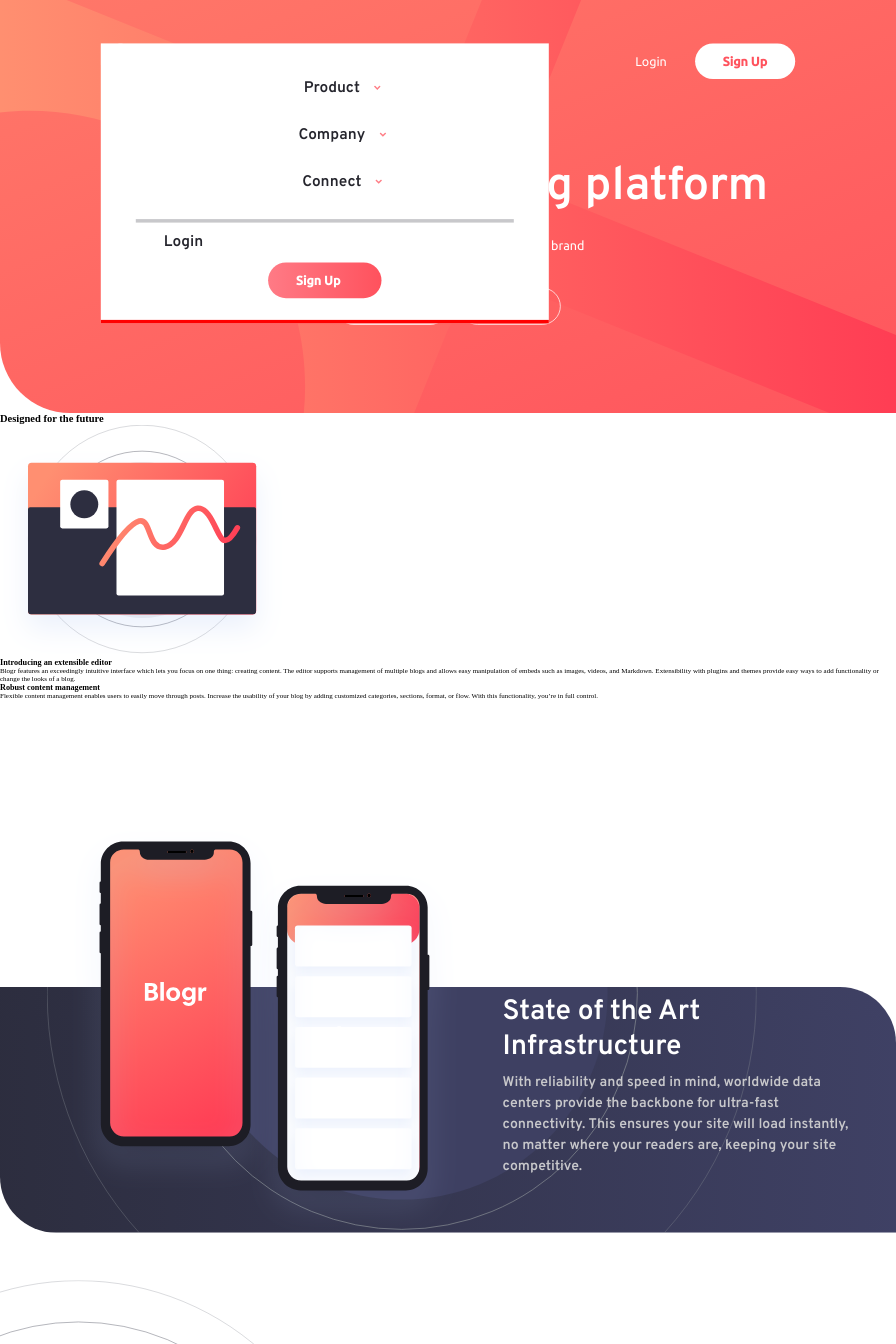
Repository: tomas938/tomaspage3
Page: index.html
The author's editor kept a copy of each file at every save. The page is drawn from the files as they stood at one save, then again after the next save.
The browser window is 1280 px wide. The pictures show the part of the page from y = 0 to 1920 px (the page is 3157 px tall), at 70% of full size.
The style sheet was rebuilt from its Sass, Less or Tailwind sources for each picture, by a compiler version that may differ from the author's.

Above is the page before, as saved 2021-07-30 17:23:56.

After the next save:
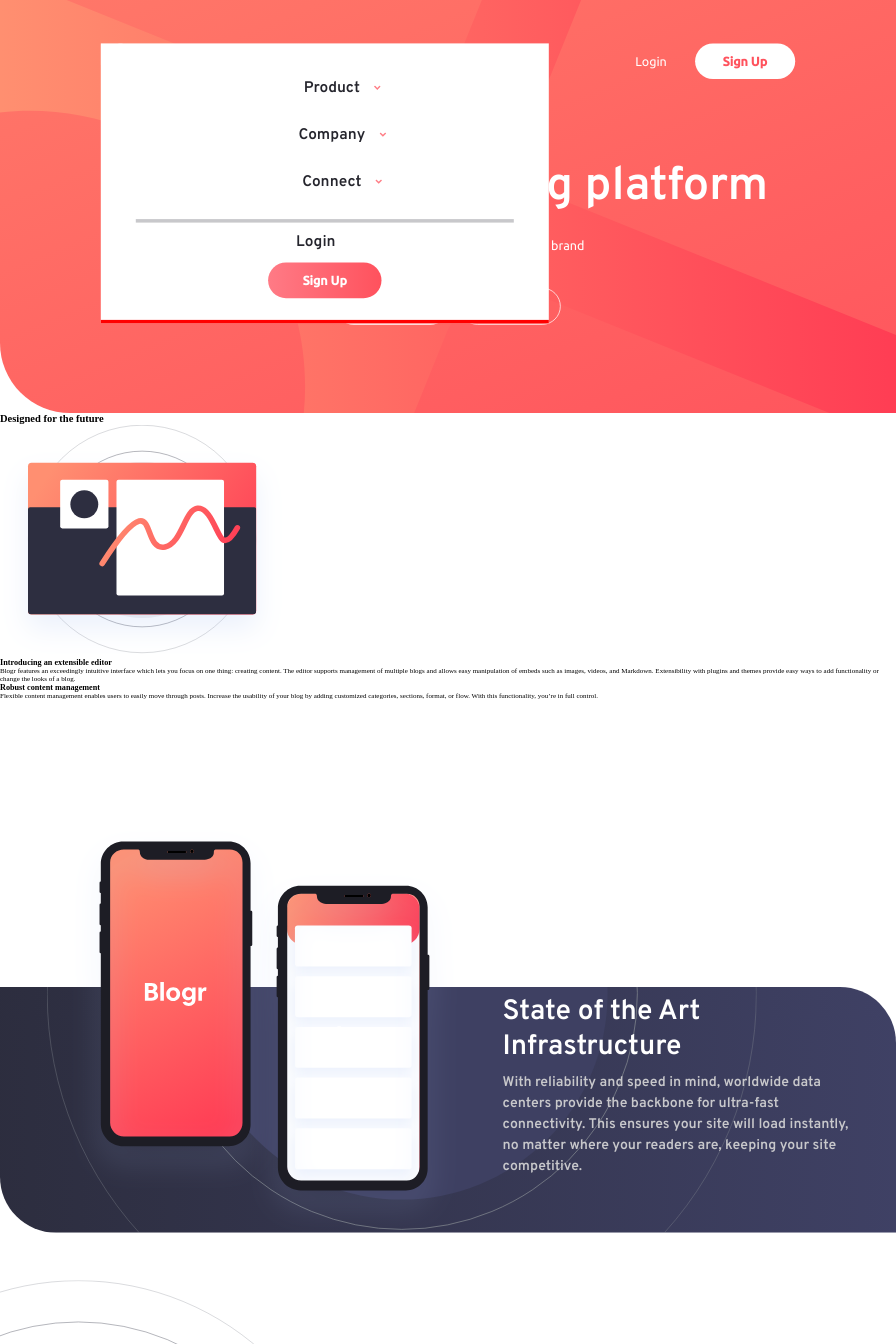
Saved 7 s later.
--- a/scss_partials/_intro.scss
+++ b/scss_partials/_intro.scss
@@ -93,13 +93,14 @@
 				border-top: 5px solid $grayish-blue;
 			}
 			.button--1 {
-				// width: 30%;
-				// text-align: center;
-				// margin: auto;
+				width: 30%;
+				margin: auto;
 				font-size: 2.2rem;
 				color: $very-dark-black-blue;
 			}
 			.button--2 {
+				text-align: center;
+
 				width: 30%;
 				margin: auto;
 				color: $white;
